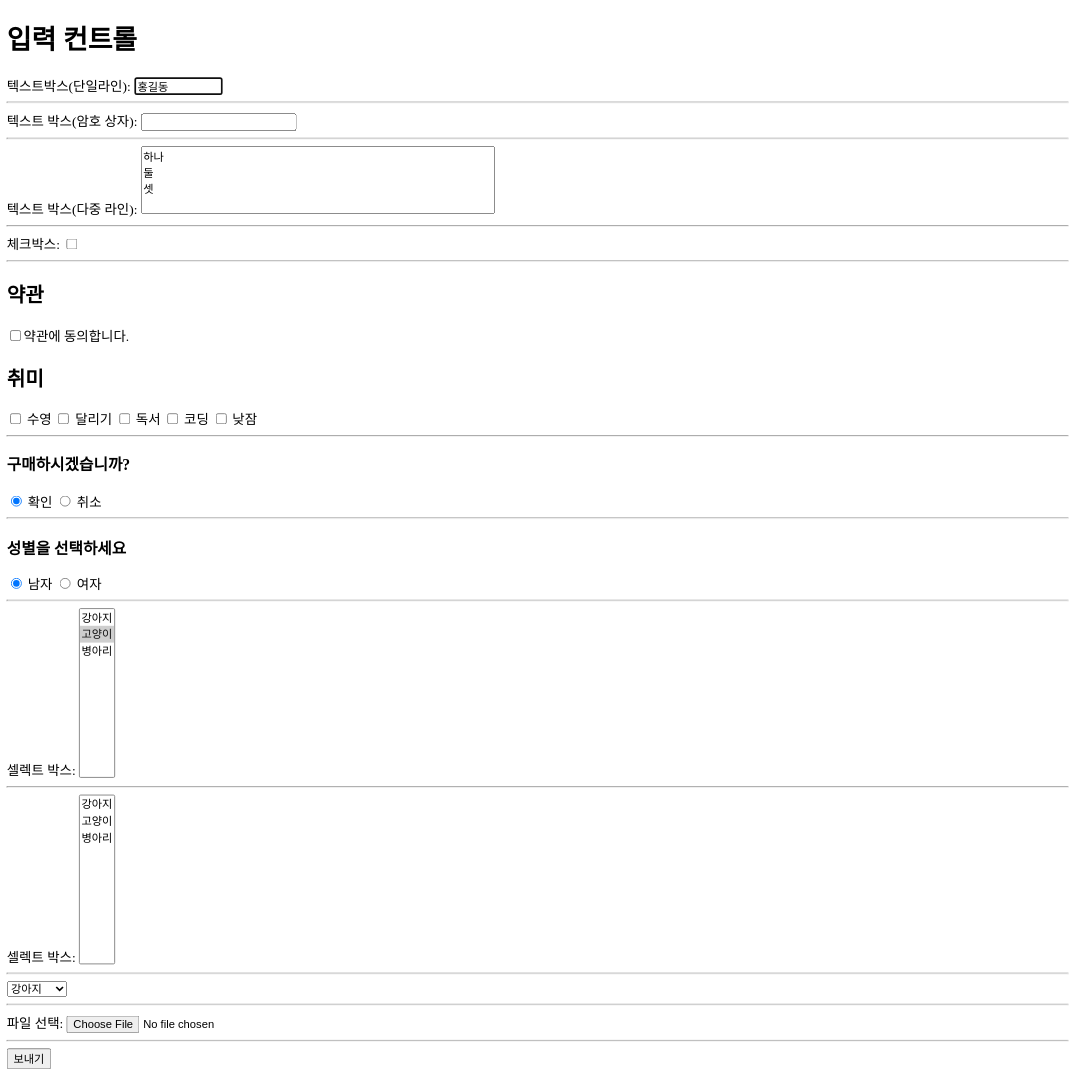
Repository: zzzzzzin/Client
Page: ClientTest/src/main/webapp/html/ex19_form.html
An editor plug-in stored every save of this project. The page is shown before and after the next save, followed by the edit.
The browser window is 1280 px wide. The pictures show the whole page, at 84% of full size.

Above is the page before, as saved 2024-03-14 02:06:11.

After the next save:
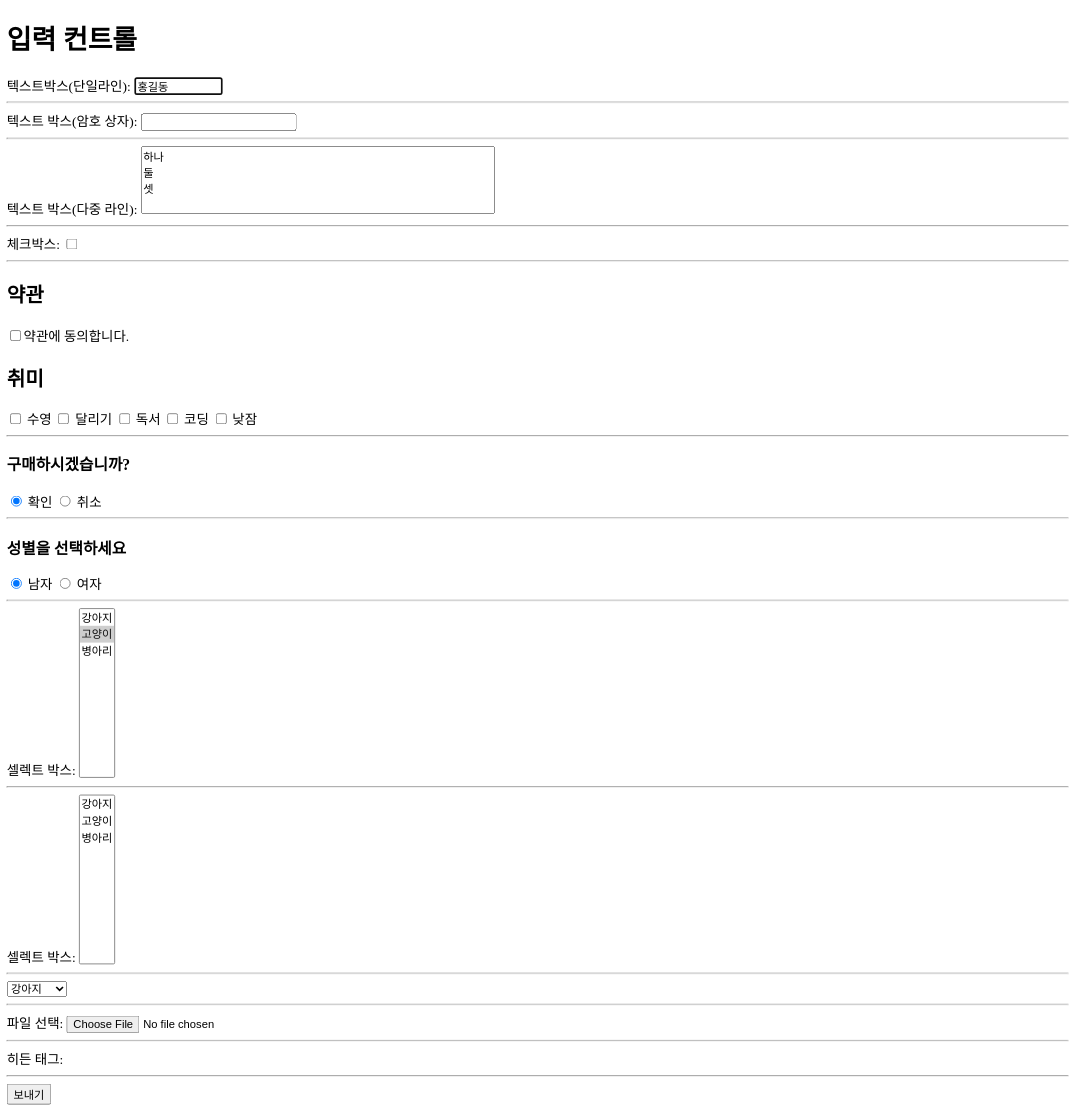
Saved 86 s later.
--- a/ClientTest/src/main/webapp/html/ex19_form.html
+++ b/ClientTest/src/main/webapp/html/ex19_form.html
@@ -149,6 +149,14 @@
 		-->
 		파일 선택: <input type="file">
 
+		<hr>
+
+		<!--
+			히든 태그
+			- 안 보이는 컨트롤
+		-->
+		히든 태그: <input type="hidden">
+
 
 
 
